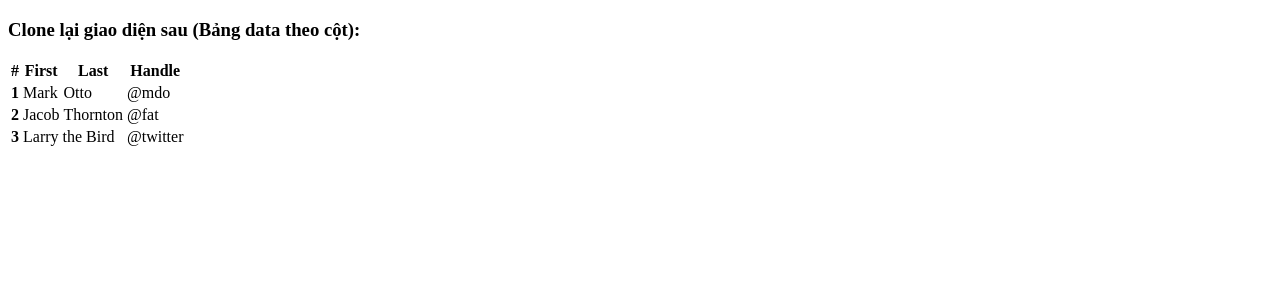
Repository: ThuatDev/BTVN_FE_JUNE
Page: index.html
These files come from the project's save history. The page is drawn as it stood at one moment and after the next save; the edit follows.
The browser window is 1280 px wide. The pictures show the whole page.

Above is the page before, as saved 2023-08-02 15:10:00.

### index.html
<!DOCTYPE html>
<html lang="en">
  <head>
    <meta charset="UTF-8" />
    <meta name="viewport" content="width=device-width, initial-scale=1.0" />
    <title>Document</title>
  </head>
  <body>
    <h3>Clone lại giao diện sau (Bảng data theo cột):</h3>
    <table class="table text-white table-bordered bg-dark">
      <thead>
        <tr>
          <th scope="col">#</th>
          <th scope="col">First</th>
          <th scope="col">Last</th>
          <th scope="col">Handle</th>
        </tr>
      </thead>
      <tbody>
        <tr>
          <th scope="row">1</th>
          <td>Mark</td>
          <td>Otto</td>
          <td>@mdo</td>
        </tr>
        <tr>
          <th scope="row">2</th>
          <td>Jacob</td>
          <td>Thornton</td>
          <td>@fat</td>
        </tr>
        <tr>
          <th scope="row">3</th>
          <td colspan="2">Larry the Bird</td>
          <td>@twitter</td>
        </tr>
      </tbody>
    </table>
  </body>
</html>

After the next save:
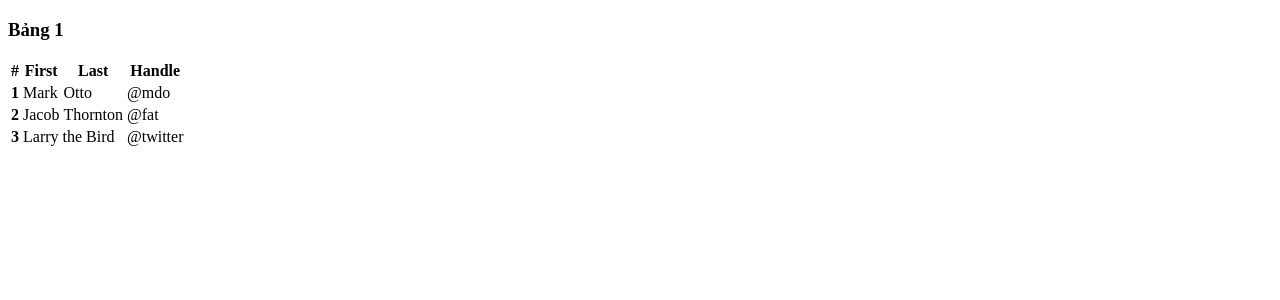
Saved 10 s later.
--- a/index.html
+++ b/index.html
@@ -6,7 +6,7 @@
     <title>Document</title>
   </head>
   <body>
-    <h3>Clone lại giao diện sau (Bảng data theo cột):</h3>
+    <h3>Bảng 1</h3>
     <table class="table text-white table-bordered bg-dark">
       <thead>
         <tr>
